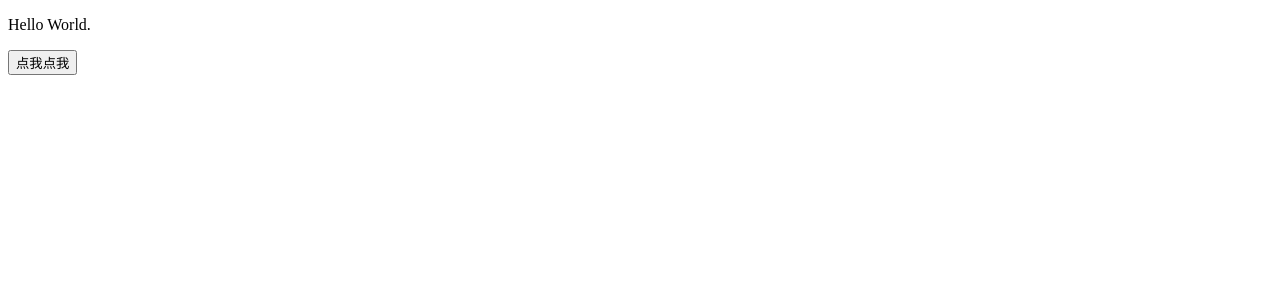
Repository: Germtao/Web
Page: web_javascript/js_01.html
The author's editor kept a copy of each file at every save. The page is drawn from the files as they stood at one save, then again after the next save.
The browser window is 1280 px wide. The pictures show the whole page.

Above is the page before, as saved 2020-11-05 17:44:04.

### web_javascript/js_01.html
<!DOCTYPE html>
<html lang="en">

<head>
    <meta charset="UTF-8">
    <meta name="viewport" content="width=device-width, initial-scale=1.0">
    <meta http-equiv="X-UA-Compatible" content="ie=edge">
    <title>js_01</title>
    <!-- <script>document.write("hello world")</script>  -->
</head>

<body>
    <!-- <script>document.write("hello world")</script> -->
    <!-- <script src="js_01.js"></script> -->

    <p id="pid">this is my first JavaScript</p>
    <script>
        document.getElementById("pid").innerHTML = "Hello World."
    </script>

    <input type="button" value="点我点我" onclick="alert('方式1：行内式')">
</body>

</html>

After the next save:
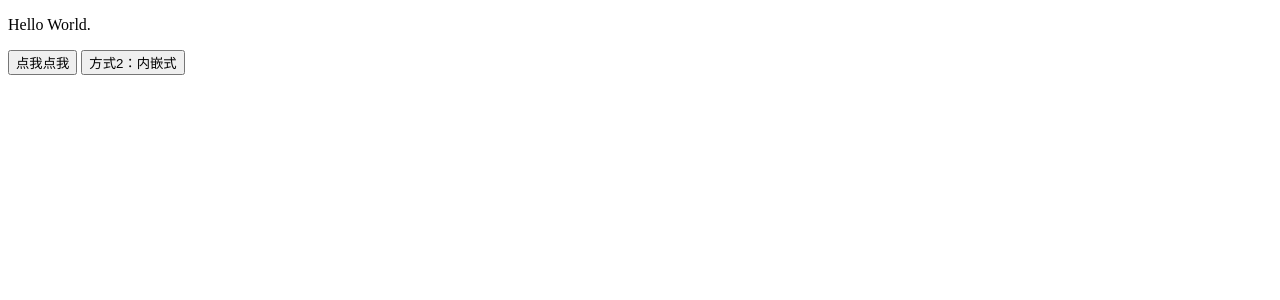
Saved 3 min 15 s later.
--- a/web_javascript/js_01.html
+++ b/web_javascript/js_01.html
@@ -18,7 +18,16 @@
         document.getElementById("pid").innerHTML = "Hello World."
     </script>
 
+    <!-- 方式1：行内式 -->
     <input type="button" value="点我点我" onclick="alert('方式1：行内式')">
+
+    <!-- 方式2：内嵌式 -->
+    <input type="button" value="方式2：内嵌式">
+    <script type="text/javaScript">
+        // 在这里写 js 代码
+        alert('方式2：内嵌式')
+        console.log('方式2：内嵌式')
+    </script>
 </body>
 
 </html>

After the save that followed:
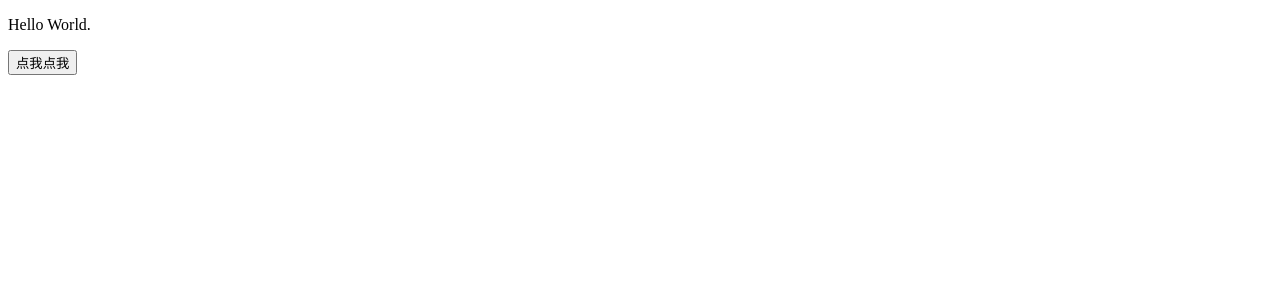
Saved 14 s later.
--- a/web_javascript/js_01.html
+++ b/web_javascript/js_01.html
@@ -22,7 +22,6 @@
     <input type="button" value="点我点我" onclick="alert('方式1：行内式')">
 
     <!-- 方式2：内嵌式 -->
-    <input type="button" value="方式2：内嵌式">
     <script type="text/javaScript">
         // 在这里写 js 代码
         alert('方式2：内嵌式')
